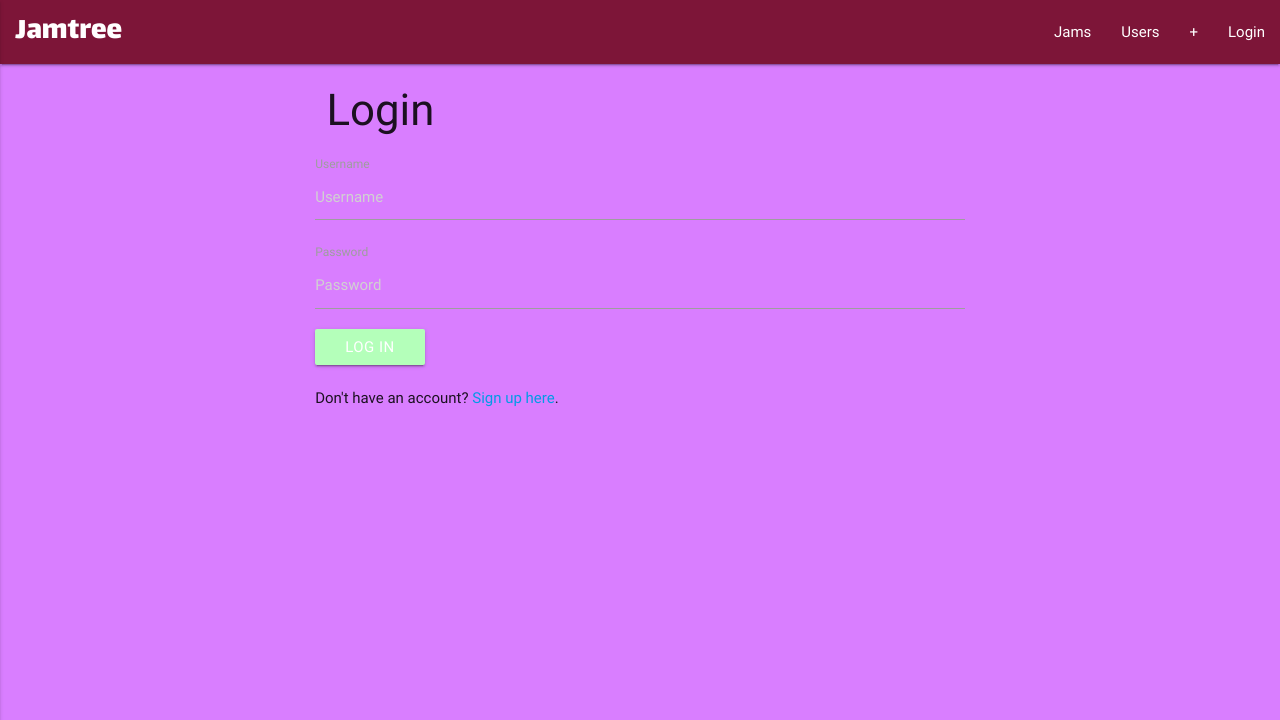
Repository: EdShackleton/milestone-project-3
Page: http://localhost/go_to_login
The author's editor kept a record of every edit. The page is drawn from the files as they stood at one moment, then again after the next edit.
The browser window is 1280 px wide. The pictures show the whole page.
Some web libraries are served in a nearby version. The page is served by the project's application, run on Flask 3 (app.py). Style sheets and scripts are compiled from the project's sources, by tool versions that may differ from the author's.

Above is the page before.

### templates/login.html
{% extends 'base.html' %} {% block content %}
<div class="container">
<h3>Login</h3>
    <div class="row">
        <div class="col-md-4 col-md-offset-4">
            <form method=POST action="{{ url_for('login') }}">
                <div class="form-group">
                    <label for="exampleInputEmail1">Username</label>
                    <input type="text" class="form-control" name="username" placeholder="Username">
                </div>
                <div class="form-group">
                    <label for="exampleInputPassword1">Password</label>
                    <input type="password" class="form-control" name="password" placeholder="Password">
                </div>
                <button type="submit" class="btn btn-primary btn-block">Log In</button>
            </form>
            <br>
            <div>
                Don't have an account? <a href="{{ url_for('register') }}">Sign up here</a>.
            </div>
        </div>
    </div>
</div>

{% endblock %}

### templates/base.html
<!DOCTYPE html>
<html>

<head>
    <link href="https://fonts.googleapis.com/icon?family=Material+Icons" rel="stylesheet">
    <link href="https://fonts.googleapis.com/css?family=Lalezar|Roboto&display=swap" rel="stylesheet">
    <link rel="stylesheet" href="static/css/style.css" type="text/css" />
    <link rel="stylesheet" href="https://cdnjs.cloudflare.com/ajax/libs/materialize/0.100.2/css/materialize.min.css">
    <link rel="stylesheet" href="{{url_for('static', filename='css/style.css')}}" type="text/css" />
</head>

<body>
    <header>
        <nav>
            <div class="nav-wrapper">
                <a href="" class="brand-logo">Jamtree</a>
                <a href="#" data-activates="mobile-demo" class="button-collapse"><i class="material-icons">menu</i></a>
                <ul id="nav-mobile" class="right hide-on-med-and-down">
                    <li><a href="{{ url_for('get_jams') }}">Jams</a></li>
                    <li><a href="{{ url_for('get_users') }}">Users</a></li>
                    <li><a href="{{ url_for('add_jam') }}">+</a></li>
                    <li><a href="{{ url_for('go_to_login') }}">Login</a></li>

                </ul>
                <ul class="side-nav" id="mobile-demo">
                    <li><a href="{{ url_for('get_jams') }}">Jams</a></li>
                    <li><a href="{{ url_for('get_users') }}">Users</a></li>
                    <li><a href="{{ url_for('add_jam') }}">New Jam</a></li>
                    <li><a href="{{ url_for('go_to_login') }}">Login</a></li>

                </ul>
            </div>
        </nav>
    </header>
    <div class="container background"></div>
    <div class="container">
        {% block content %} {% endblock %}
    </div>
    <script src="https://cdnjs.cloudflare.com/ajax/libs/jquery/3.2.1/jquery.min.js"></script>
    <script src="https://cdnjs.cloudflare.com/ajax/libs/materialize/0.100.2/js/materialize.min.js"></script>
    <script type="text/javascript">
        $(document).ready(function() {
            $('.collapsible').collapsible();
            $('select').material_select();
            $(".button-collapse").sideNav();
        });
        $('.datepicker').pickadate({
            selectMonths: true, // Creates a dropdown to control month
            selectYears: 15, // Creates a dropdown of 15 years to control year,
            today: 'Today',
            clear: 'Clear',
            close: 'Ok',
            closeOnSelect: false // Close upon selecting a date,
        });
    </script>
</body>

</html>

### app.py
import os
import bcrypt
from flask import Flask, render_template, redirect, request, url_for, session
from flask_pymongo import PyMongo
from bson.objectid import ObjectId



app = Flask(__name__)
app.config["MONGO_DBNAME"] = 'Jamtree'
app.config["MONGO_URI"] = 'mongodb+srv://root:Welcome3@myfirstcluster-8h2g0.mongodb.net/Jamtree?retryWrites=true&w=majority'

mongo = PyMongo(app)

#CRUD

@app.route('/get_jams')
def get_jams():
    return render_template("jams.html",
    jams=mongo.db.jam_or_event.find(),
    counties=mongo.db.counties.find())

@app.route('/get_users')
def get_users():
    return render_template("users.html",
    users=mongo.db.users.find(),
    counties=mongo.db.counties.find())

@app.route('/add_jam')
def add_jam():
    return render_template('addjam.html',
    instruments=mongo.db.instruments.find(),
    counties=mongo.db.counties.find())

@app.route('/insert_jam', methods=['POST'])
def insert_jam():
    jams =  mongo.db.jam_or_event
    jams.insert_one(request.form.to_dict())

    print(request.form)
    return redirect(url_for('get_jams'))


@app.route('/delete_jam/<jam_id>')
def delete_jam(jam_id):
    mongo.db.jam_or_event.remove({'_id': ObjectId(jam_id)})
    return redirect(url_for('get_jams'))

@app.route('/edit_jam/<jam_id>')
def edit_jam(jam_id):
    the_jam =  mongo.db.jam_or_event.find_one({"_id": ObjectId(jam_id)})
    return render_template('editjam.html', jam=the_jam)

@app.route('/update_jam/<jam_id>', methods=["POST"])
def update_jam(jam_id):
    jams = mongo.db.jam_or_event
    jams.update( {'_id': ObjectId(jam_id)},
    {
        'jam_title':request.form.get('jam_title'),
        'genre':request.form.get('genre'),
        'date_of_jam': request.form.get('date_of_jam'),
        'jam_location': request.form.get('jam_location'),
        'jam_postcode':request.form.get('jam_postcode'),
        'jam_members':request.form.get('jam_members'),
        'jam_instruments':request.form.get('jam_instruments'),
        'jam_notes':request.form.get('jam_notes'),
    })
    return redirect(url_for('get_jams'))



#login system

SALT = "asdfljheriun"

@app.route('/go_to_login')
def go_to_login():
    return render_template('login.html')

@app.route('/')
def index():
    users = mongo.db.users
    if 'username' in session:
        return render_template('welcome.html')

    return render_template('jams.html')

@app.route('/login', methods=['POST'])
def login():
    users = mongo.db.users
    hashpw =request.form['password'] + SALT
    login_user = users.find_one({'username' : request.form['username']})

    if login_user:
        if hashpw == login_user['password']:
            session['username'] = request.form['username']
            return redirect(url_for('index'))

    return render_template('re-login.html')

@app.route('/register', methods=['POST', 'GET'])
def register():
    if request.method == 'POST':
        users = mongo.db.users
        existing_user = users.find_one({'username' : request.form['username']})

        if existing_user is None:
            hashpass = (request.form['password'] + SALT)
            users.insert({'username' : request.form['username'],
            'password' : hashpass,
            'user_county' : request.form['user_county'],
            'user_instrument' : request.form['user_instrument']})
            session['username'] = request.form['username']
            return redirect(url_for('index'))

        return render_template('re-register.html',
    instruments=mongo.db.instruments.find())

    return render_template('register.html',
    instruments=mongo.db.instruments.find(),
    counties=mongo.db.counties.find())

if __name__ == '__main__':
    app.secret_key = 'mysecret'
    app.run(host=os.environ.get('IP'),
            port=int(8080),
            debug=True)

### static/css/style.sass
/* Variables */

$primary-color: #7D1538
$secondary-color: #F9F9F9
$third-color: #d97eff
$fourth-color: #C45AB3
$fifth-color: #F45866

/* Mixins */

%box
    background-color: $secondary-color
    color: #383838
    border-color: white
    opacity: 0.9


%title
    font-family: 'Lalezar', cursive

/* background */


body
    background-color: $third-color

.blank-background
    @extend %box
    padding: 3% 10%

/* nav bar */

.nav-wrapper
    background-color: $primary-color
    font-family: 'Roboto', sans-serif

.brand-logo
    @extend %title
    margin: 0px 15px

/* search bar */

.search-bar
    -webkit-box-shadow: 5px 5px 5px 0px rgba(0,0,0,0.2)
    -moz-box-shadow: 5px 5px 5px 0px rgba(0,0,0,0.2)
    box-shadow: 5px 5px 5px 0px rgba(0,0,0,0.2)
    background-color: #f5ecf9
    padding: 0 !important
    color: #383838
    font-family: 'Roboto', sans-serif

.select-wrapper input.select-dropdown
    margin: 0
    border: none
    width: 100%
    font-size: 16px

.dropdown-content li>span
    color: #383838
    font-family: 'Roboto', sans-serif


/* Jams page */

.jams-list
    @extend %box
    font-family: 'Roboto', sans-serif
    text-align: center

.jam-title
    @extend %title

.other-jam-info
    background-color: #F4CEFF
    border-color: white

/* Users page */

.user-card
    @extend %box
    font-family: 'Roboto', sans-serif

.user-name
    @extend %title

/* other */

.user-card
    @extend %box

.btn
    background-color: #b4ffba

.btn:hover
    background-color: $third-color

.side-nav
    @extend %box

.side-nav li>a:hover
    background-color: $primary-color
    color: white

/* When starting to use sass, type into console: sass --watch static/css/style.sass:static/css/style.css */

After the next edit:
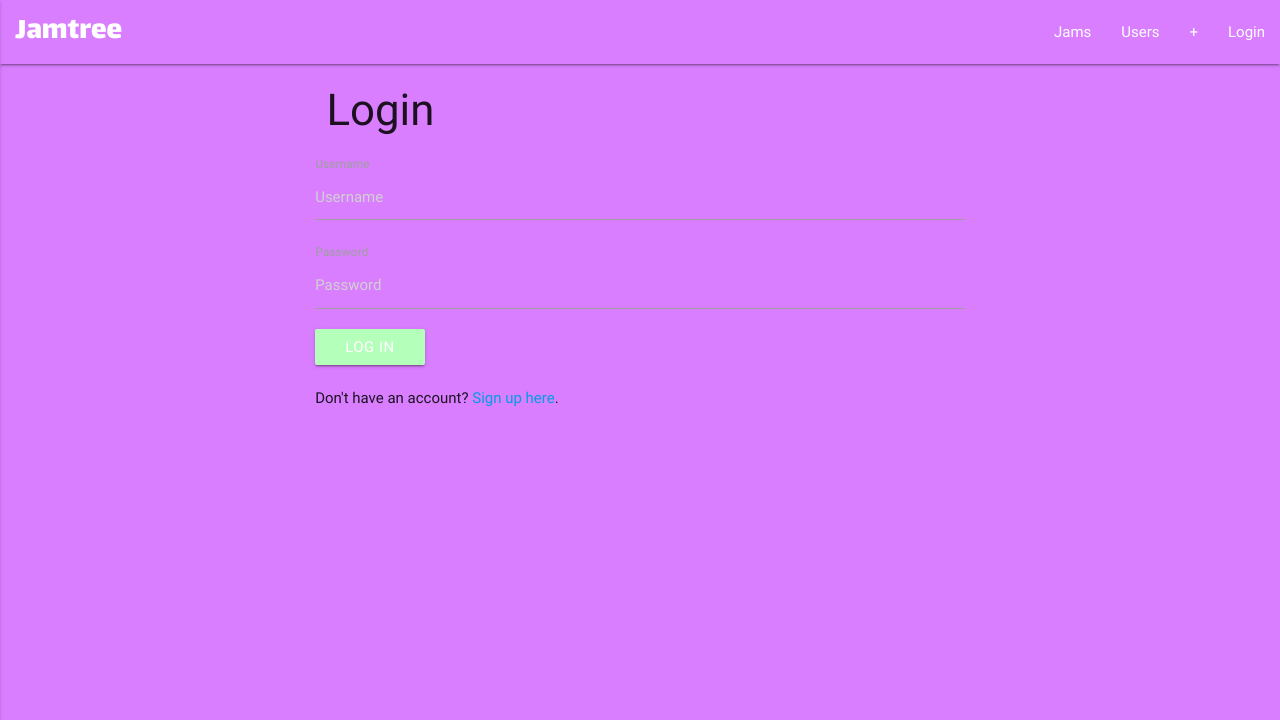
The edit:
--- a/static/css/style.sass
+++ b/static/css/style.sass
@@ -31,7 +31,7 @@
 /* nav bar */
 
 .nav-wrapper
-    background-color: $primary-color
+    background-color: $third-color
     font-family: 'Roboto', sans-serif
 
 .brand-logo

After the 3 edits that followed:
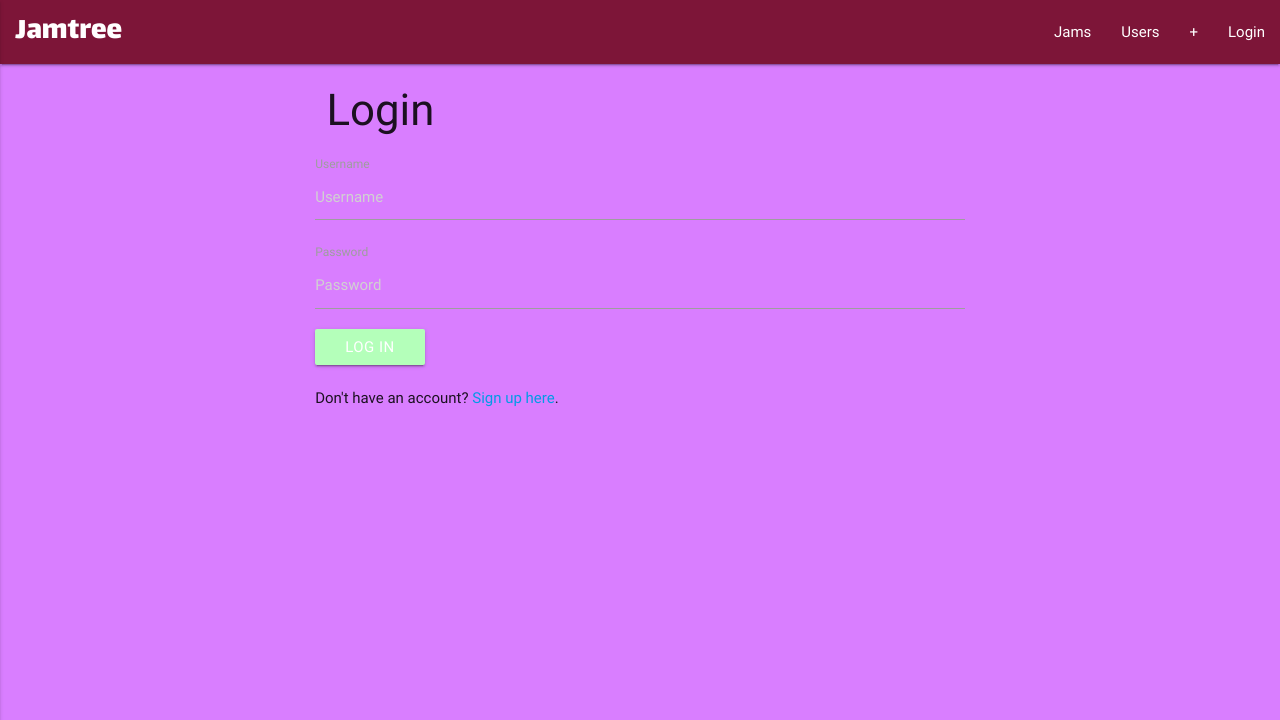
The 3 edits are shown as one change because 2 left the picture as it was.
The edit:
--- a/static/css/style.sass
+++ b/static/css/style.sass
@@ -27,11 +27,12 @@
 .blank-background
     @extend %box
     padding: 3% 10%
+    margin-top: 5px
 
 /* nav bar */
 
 .nav-wrapper
-    background-color: $third-color
+    background-color: $primary-color
     font-family: 'Roboto', sans-serif
 
 .brand-logo
@@ -48,6 +49,7 @@
     padding: 0 !important
     color: #383838
     font-family: 'Roboto', sans-serif
+    margin-top: 5px
 
 .select-wrapper input.select-dropdown
     margin: 0
